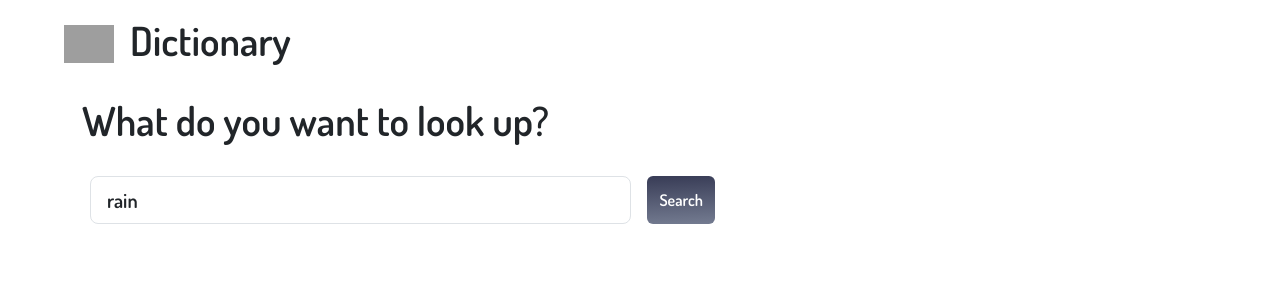
Repository: moehaymanmyint/react-dictionary-app
Page: /
An editor plug-in stored every save of this project. The page is shown before and after the next save, followed by the edit.
The browser window is 1280 px wide. The pictures show the whole page.
Pictures or frames that could not be fetched are drawn as grey boxes. The page's requests for data from a server got no answer. The project was rebuilt for these pictures with package versions that can differ from the ones it lists, and the page was loaded fresh each time. No one was signed in, and anything a server would have sent is missing. Also part of the build but not shown: src/Synonyms.js, src/Meaning.js, src/Phonetics.js, src/Results.js.

Above is the page before, as saved 2024-09-06 12:11:55.

### public/index.html
<!DOCTYPE html>
<html lang="en">
  <head>
    <meta charset="utf-8" />
    <link rel="icon" href="%PUBLIC_URL%/favicon.ico" />
    <meta name="viewport" content="width=device-width, initial-scale=1" />
    <meta name="theme-color" content="#000000" />
    <meta
      name="description"
      content="Web site created using create-react-app"
    />
    <link rel="apple-touch-icon" href="%PUBLIC_URL%/logo192.png" />
    <!--
      manifest.json provides metadata used when your web app is installed on a
      user's mobile device or desktop. See https://developers.google.com/web/fundamentals/web-app-manifest/
    -->
    <link rel="manifest" href="%PUBLIC_URL%/manifest.json" />
    <!--
      Notice the use of %PUBLIC_URL% in the tags above.
      It will be replaced with the URL of the `public` folder during the build.
      Only files inside the `public` folder can be referenced from the HTML.

      Unlike "/favicon.ico" or "favicon.ico", "%PUBLIC_URL%/favicon.ico" will
      work correctly both with client-side routing and a non-root public URL.
      Learn how to configure a non-root public URL by running `npm run build`.
    -->
    <title>React App</title>
  </head>
  <body>
    <noscript>You need to enable JavaScript to run this app.</noscript>
    <div id="root"></div>
    <!--
      This HTML file is a template.
      If you open it directly in the browser, you will see an empty page.

      You can add webfonts, meta tags, or analytics to this file.
      The build step will place the bundled scripts into the <body> tag.

      To begin the development, run `npm start` or `yarn start`.
      To create a production bundle, use `npm run build` or `yarn build`.
    -->
  </body>
</html>

### src/App.js
import './App.css';
import 'bootstrap/dist/css/bootstrap.css';

import Search from "./Search"

function App() {
  return (
    <div className="App">
      {/* Logo */}
      <div className='logo m-3 mx-5 d-flex align-items-center'>
        <img src="https://th.bing.com/th/id/R.1ebe3e38406a8906121c9769e62adc3e?rik=d1hISy0qiMJ7Hg&pid=ImgRaw&r=0" alt="Logo" className='mx-3'/>
        <h2>Dictionary</h2>
      </div>

      <div className='container'>
        <Search defaultWord={"rain"}/>
      </div>
    </div>
  );
}

export default App;

### src/App.css
@import url('https://fonts.googleapis.com/css2?family=Dosis:wght@600&display=swap');

.App img{
    width: 50px;
}

.App{
    font-family: "Dosis", sans-serif;
}

### src/Search.js
import React, {useState} from "react";
import 'bootstrap/dist/css/bootstrap.css';
import axios from "axios";
import Results from "./Results"
import "./Dictionary.css";

export default function Search(props){
    let [word, setWord] = useState(props.defaultWord);
    let [results, setResult] = useState(null);
    let [loaded, setLoaded] = useState(false);

    function handleResponse(response){
        console.log(response.data[0]);
        setResult(response.data[0])
    }

    function handleSubmit(event){
        event.preventDefault();
        Search();
    }

    function Search(){
        //API
        let apiUrl = `https://api.dictionaryapi.dev/api/v2/entries/en_US/${word}`;
        axios.get(apiUrl).then(handleResponse);
    }

    function updateWord(event){
        setWord(event.target.value);
        Search();
    }

    function Loaded(){
        setLoaded(true);
        Search();
    }

    if (loaded) {
        return (
            <div className="Search">
            <h1 className="my-4">What do you want to look up?</h1>
            <div className="row d-flex">
                <div className="col-7">
                    <form onSubmit={handleSubmit} className="d-flex">
                        <input type="search" className="form-control form-control-lg m-2" value={word} onChange={updateWord} placeholder="Search a word..."/>
                        <input type="submit" value="Search" className="btn btn m-2"/>
                    </form>
                    <section className="meaning">
                        <Results results={results}/>
                    </section>
                </div>
                <div className="col-5">

                </div>
            </div>
        </div>
        );
    } else {
        Loaded();
        return "Loading...";
    }
}

### src/Dictionary.css

.Results .box,
.Meaning{
    background-color: white;
    box-shadow: rgba(100, 100, 111, 0.2) 0px 7px 29px 0px;
    border-radius: 10px;
}

h2{
    font-size: 40px;
    text-transform: capitalize;
}

p{
    font-size: 18px;
}

.Search .btn{
    background: linear-gradient(177.9deg, rgb(58, 62, 88) 3.6%, rgb(119, 127, 148) 105.8%);
    border: none;
    color: white;
    transition: 0.5s;
}

Loaded but not shown: src/index.js (common file); src/index.css (common file); src/reportWebVitals.js (common file)

After the next save:
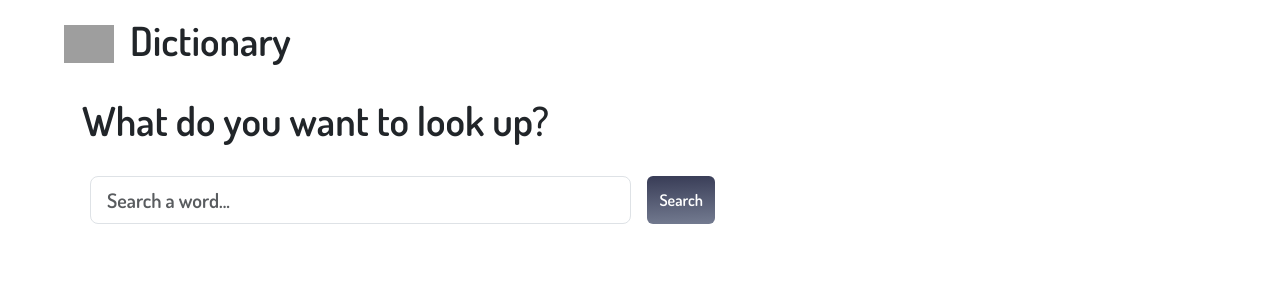
Saved 51 s later.
--- a/src/Search.js
+++ b/src/Search.js
@@ -5,7 +5,7 @@ import Results from "./Results"
 import "./Dictionary.css";
 
 export default function Search(props){
-    let [word, setWord] = useState(props.defaultWord);
+    let [word, setWord] = useState("");
     let [results, setResult] = useState(null);
     let [loaded, setLoaded] = useState(false);
 
